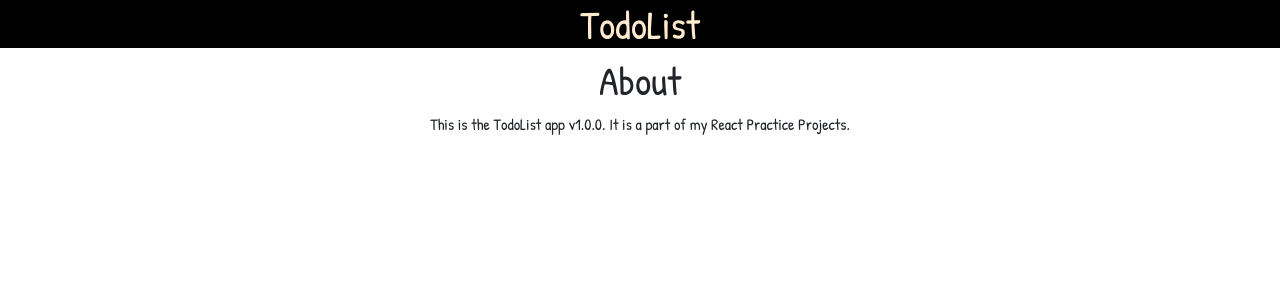
Repository: latenightsnacc/React-Projects
Page: /about (app in todolist/)
These files come from the project's save history. The page is drawn as it stood at one moment and after the next save; the edit follows.
The browser window is 1280 px wide. The pictures show the whole page.
The project was rebuilt for these pictures with package versions that can differ from the ones it lists, and the page was loaded fresh each time. Also part of the build but not shown: todolist/src/components/TodoItem.js, todolist/src/components/TodoList.js, todolist/src/components/AddItem.js.

Above is the page before, as saved 2020-07-02 14:51:27.

After the next save:
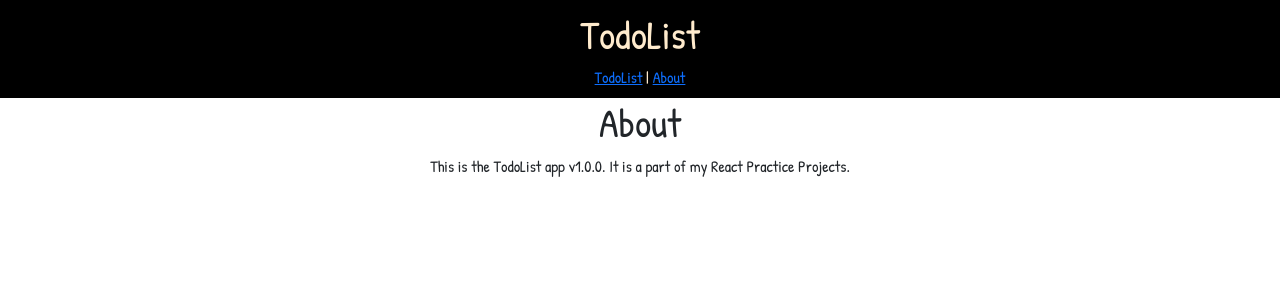
Saved 2 min 47 s later.
--- a/todolist/src/components/layout/Header.js
+++ b/todolist/src/components/layout/Header.js
@@ -5,6 +5,7 @@ function Header() {
     return (
         <div style={headerStyle}>
            <h1>TodoList</h1>
+           <Link to="/">TodoList</Link> | <Link to="/about">About</Link>
         </div>
     )
 }
@@ -13,7 +14,8 @@ const headerStyle = {
     background: 'black',
     color: '#ffebcd',
     textAlign: 'center',
-    lineHeight: '1.4'
+    lineHeight: '1.4',
+    padding: '10px'
 }
 
 export default Header;
